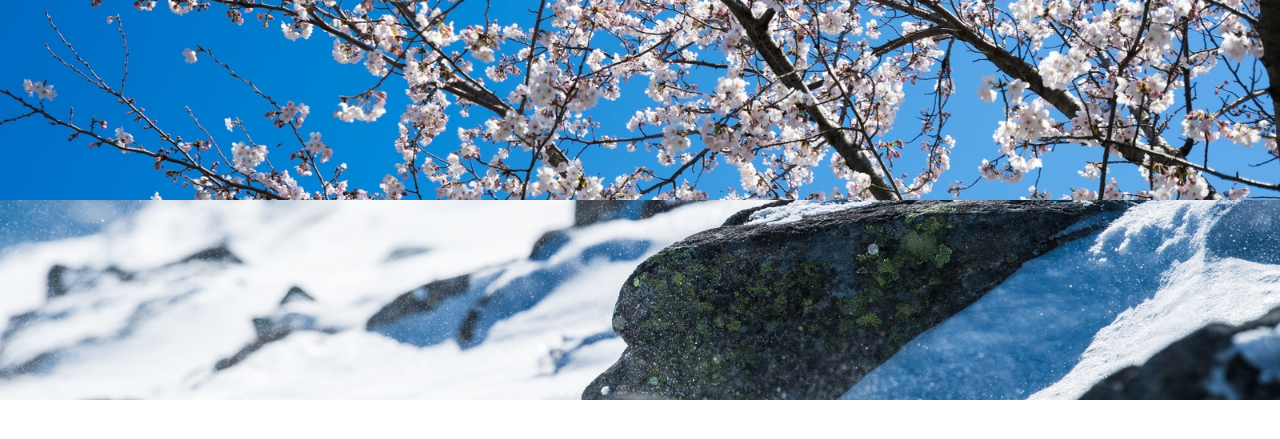
Repository: eyaonu/application2
Page: chapter6/answer6.html
The author's editor kept a record of every edit. The page is drawn from the files as they stood at one moment, then again after the next edit.
The browser window is 1280 px wide. The pictures show the whole page.

Above is the page before.

After the next edit:
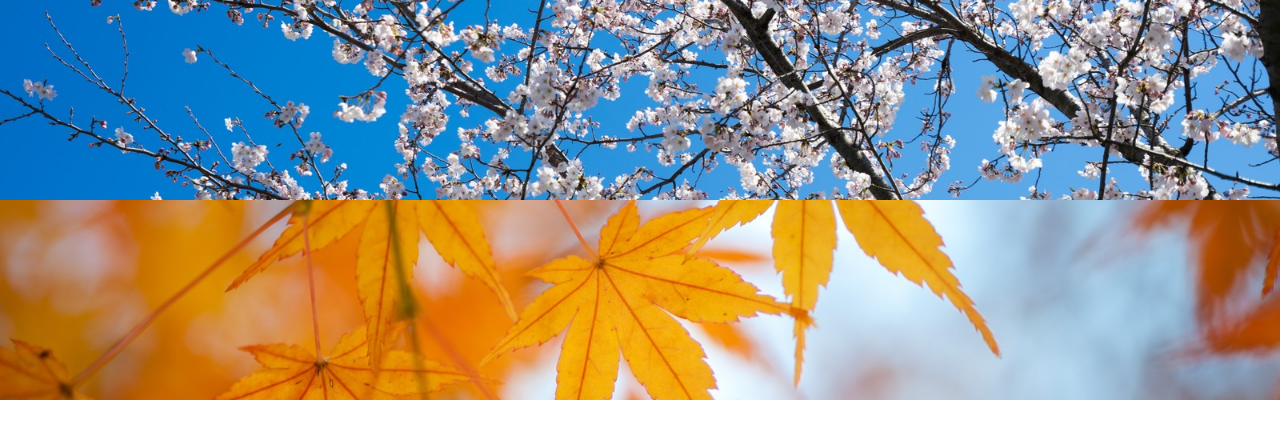
The edit:
--- a/chapter6/style6.css
+++ b/chapter6/style6.css
@@ -30,7 +30,7 @@
   background-size: cover; /* 縦横比を維持したまま背景領域を埋め尽くす */
   background-position: center; /* 背景画像を中央に配置 */
 }
-.main-visual {
+footer {
   width: 100%;
   height: 200px;
   background-image: url(img/box4.jpg);
